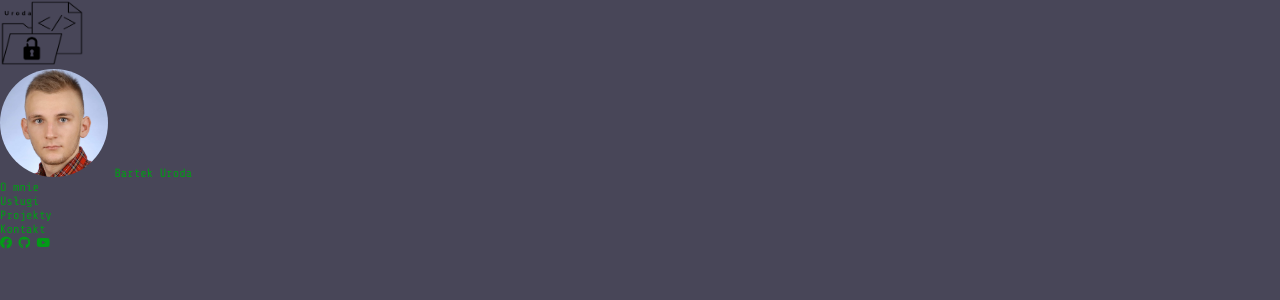
Repository: BartekUroda/portfolio
Page: index.html
An editor plug-in stored every save of this project. The page is shown before and after the next save, followed by the edit.
The browser window is 1280 px wide. The pictures show the whole page.
Some web libraries are served in a nearby version.

Above is the page before, as saved 2020-10-26 17:51:39.

### index.html
<!DOCTYPE html>
<html lang="en">
<head>
    <meta charset="UTF-8">
    <meta name="viewport" content="width=device-width, initial-scale=1.0">
    <title>Portfolio-Bartek Uroda</title>
    <link rel="stylesheet" type="text/css" href="css/style.css">
    <script src="js/script.js"></script>
    <link href="https://fonts.googleapis.com/css2?family=Poppins&sfamily=Share+Tech+Mono&display=swap" rel="stylesheet">
    <script src="https://kit.fontawesome.com/056e5c10dc.js" crossorigin="anonymous"></script>
    <link rel="shortcut icon" type="image/x-icon" href="images/favicon.ico" />
</head>
 <body>
    <header>
        <div class="container">
            <nav>
                <div class="nav-brand">
                    <a href="index.html">
                        <img src="images/logo.png" alt="Uroda">
                    </a>
                </div>
                <div class="burger-menu-icon">
                    <div class="line1"></div>
                    <div class="line2"></div>
                    <div class="line3"></div>
                </div>
                <ul class="nav-list">
                    <li class="nav-item">
                      <a href="#landing-page">
                        <img
                          src="images/profile.jpeg"
                          alt="Bartek Uroda"
                          class="profile-pic nav-link"
                        >
                        <span class="caption nav-link">Bartek Uroda</span>
                      </a>
                    </li>
                    <li class="nav-item">
                      <a href="#about" class="nav-link">O mnie</a>
                    </li>
                    <li class="nav-item">
                      <a href="#services" class="nav-link">Usługi</a>
                    </li>
                    <li class="nav-item">
                      <a href="#projects" class="nav-link">Projekty</a>
                    </li>
                    <li class="nav-item">
                      <a href="#contact" class="nav-link">Kontakt</a>
                    </li>
                    <li class="nav-item">
                      <a href="https://www.facebook.com/bartlomiej.uroda.3" target="_blank" class="nav-link">
                        <i class="fab fa-facebook"></i>
                      </a>
                      <a href="https://github.com/Urodii" target="_blank" class="nav-link">
                        <i class="fab fa-github"></i>
                      </a>
                      <a href="https://www.youtube.com/channel/UCzT1h5RNvmbtrmKT5hPjyAg?view_as=subscriber" target="_blank" class="nav-link">
                        <i class="fab fa-youtube"></i>
                      </a>
                    </li>
                  </ul>
            </nav>
        </div>
    </header>
 </body>
</html>

### css/style.css
/* ----------GLOBAL STYLES---------- */
*,
*::before,
*::after {
  margin: 0;
  padding: 0;
  box-sizing: inherit;
}
html {
    font-family: "Share Tech Mono", monospace;
    font-size: 12px;
    box-sizing: border-box;
    scroll-behavior: smooth;
    color: #e7e7e7;
    background: rgb(72, 70, 88);
}

a {
    text-decoration: none;
    color: rgb(3, 155, 23);
}

a:hover {
    color: rgba(249, 105, 14, 1);
}

ul {
    list-style: none;
}

p {
    font-size: 1.4rem;
}

img {
    width: 100%;
    max-width: 100%;
    height: auto;
}
/* ----------HEADER---------- */
header {
    width: 100%;
    height: 5rem;
    position: absolute;
    top: 0;
    left: 0;
    z-index: 1;
}
.contenier {
    width: 100%;
    max-width: 90rem;
    margin: 0 auto;
    padding: 0 1.5rem;
}
.nav-brand {
    width: 7rem;
}
.profile-pic {
    height: 9rem;
    width: auto;
    border-radius: 50%;
}

Loaded but not shown: js/script.js (no stored copy; drawn as an empty file)

After the next save:
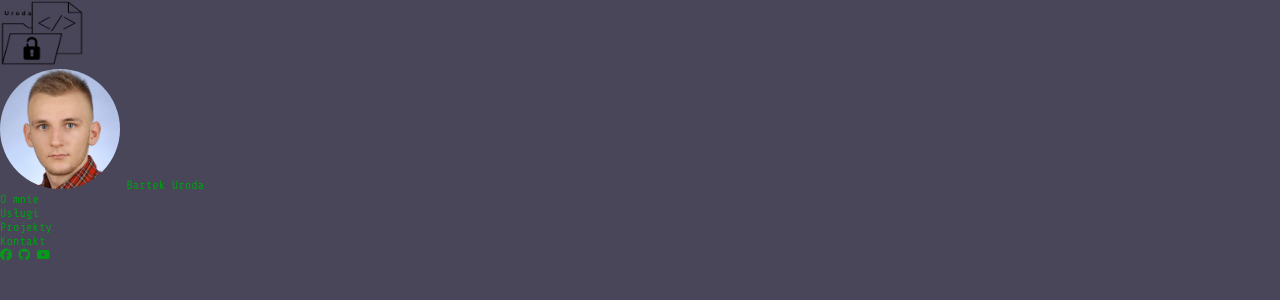
Saved 12 s later.
--- a/css/style.css
+++ b/css/style.css
@@ -56,7 +56,7 @@ header {
     width: 7rem;
 }
 .profile-pic {
-    height: 9rem;
+    height: 10rem;
     width: auto;
     border-radius: 50%;
 }

After the save that followed:
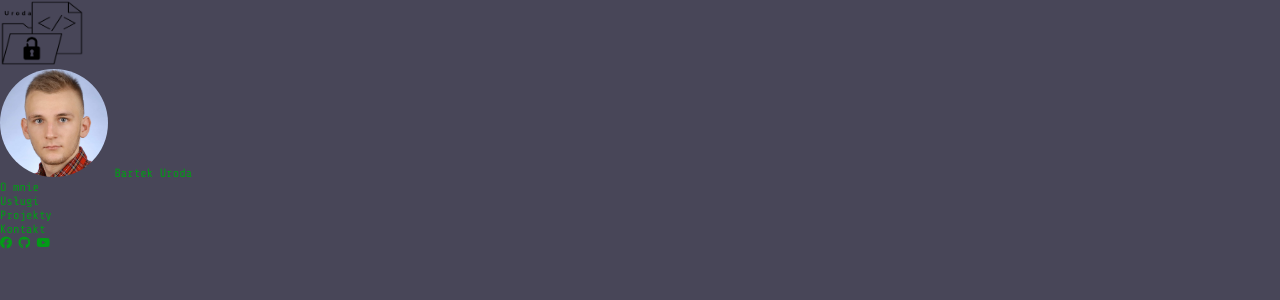
Saved 10 s later.
--- a/css/style.css
+++ b/css/style.css
@@ -56,7 +56,7 @@ header {
     width: 7rem;
 }
 .profile-pic {
-    height: 10rem;
+    height: 9rem;
     width: auto;
     border-radius: 50%;
 }
